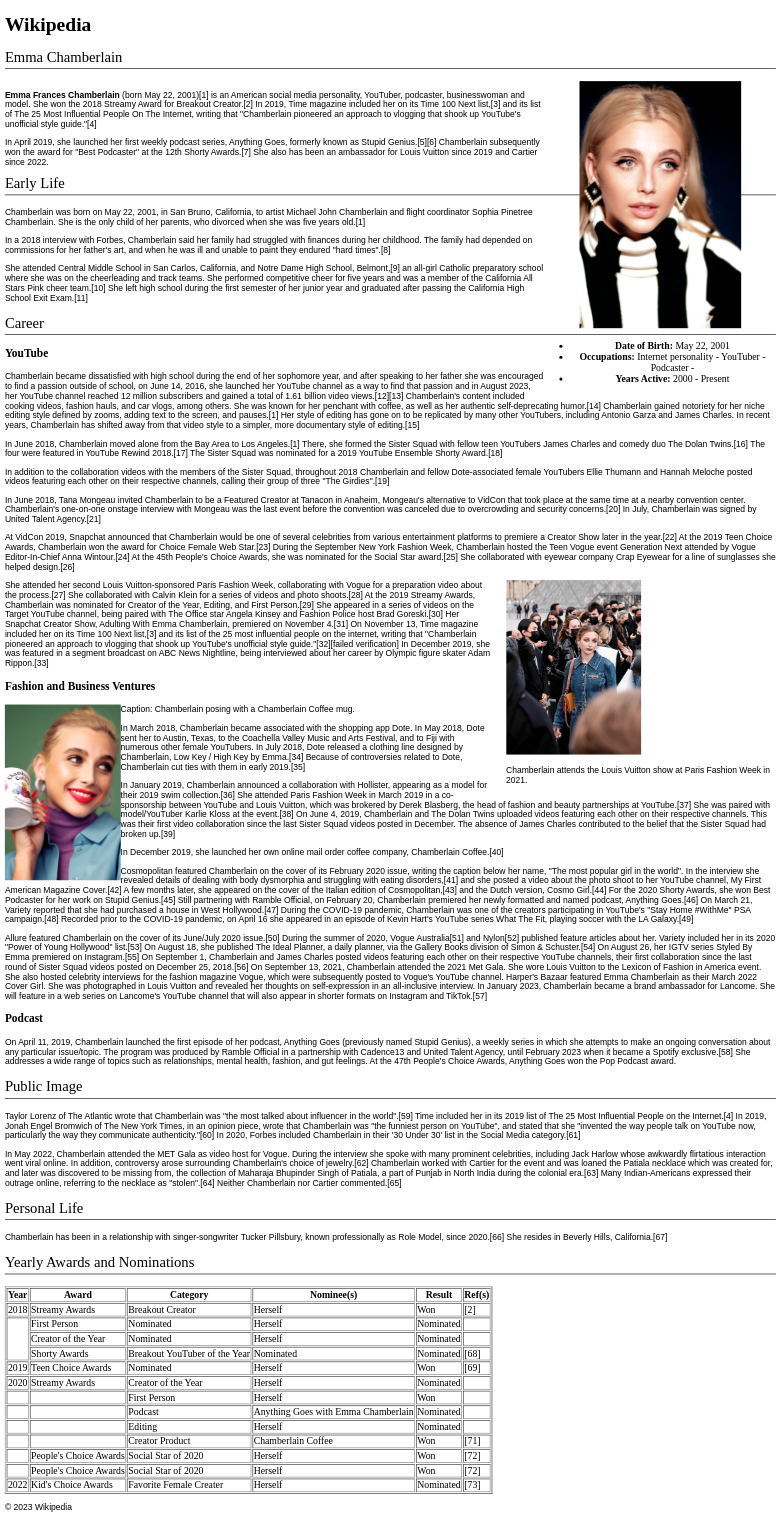
Repository: ethan-schrauf/UniversalDesignWebsite
Page: wikipedia.html
An editor plug-in stored every save of this project. The page is shown before and after a run of saves, followed by the edit.
The browser window is 1280 px wide. The pictures show the whole page, at 61% of full size.

Above is the page before, as saved 2023-09-29 23:39:48.

### wikipedia.html
<!DOCTYPE html>
<html>
<head>
    <title>Emma Chamberlain - Wikipedia</title>
    <style>
        /* Add your CSS for styling here */
        #intro {
            float: left;
            width: 70%;
        }

        #infobox {
            float: right;
            width: 30%;
            text-align: center;
        }

        #infobox img {
            max-width: 100%;
            height: auto;
        }

        /* New section for the fashion week photo */
        #fashion-week-photo {
            float: right;
            width: 35%;
            margin-left: 20px; /* Add some margin to separate it from the text */
        }

        #fashion-week-photo img {
            max-width: 100%;
            height: auto;
        }

        /* Add a line below h2 headings */
        h2 {
            border-bottom: 1px solid #000; /* Change the color and style as needed */
            padding-bottom: 5px; /* Adjust the spacing between the text and the line */
        }

        /* Add the .sr-only class styles */
        .sr-only {
            border: 0;
            clip: rect(0, 0, 0, 0);
            height: 1px;
            margin: -1px;
            overflow: hidden;
            padding: 0;
            position: absolute;
            white-space: nowrap;
            width: 1px;
        }

        /* Apply Arial font to all paragraphs */
        p {
            font-family: Arial, sans-serif;
            font-size: 14px;
        }

/* Unbold all h2 headings */
h2 {
            font-weight: normal;
        }



    </style>
</head>
<body>

<!-- Header -->
<header>
    <h1>Wikipedia</h1>
</header>

<!-- Main content -->
<main>
    <h2>Emma Chamberlain</h2>

    <!-- Intro paragraph -->
    <section id="intro">
        <p><strong>Emma Frances Chamberlain</strong> (born May 22, 2001)[1] is an American social media personality, YouTuber, podcaster, businesswoman and model. She won the 2018 Streamy Award for Breakout Creator.[2] In 2019, Time magazine included her on its Time 100 Next list,[3] and its list of The 25 Most Influential People On The Internet, writing that "Chamberlain pioneered an approach to vlogging that shook up YouTube's unofficial style guide."[4]
        </p>
        <p>In April 2019, she launched her first weekly podcast series, Anything Goes, formerly known as Stupid Genius.[5][6] Chamberlain subsequently won the award for "Best Podcaster" at the 12th Shorty Awards.[7] She also has been an ambassador for Louis Vuitton since 2019 and Cartier since 2022.</p>
    </section>

    <!-- Infobox with photo, date of birth, occupations, and years active -->
    <section id="infobox">
        <img src="images/emma_info_photo.png" alt="Emma Chamberlain in a black striped sweater with black and gold earrings." width="70%">
        <ul>
            <li><b>Date of Birth:</b> May 22, 2001</li>
            <li><b>Occupations:</b> Internet personality - YouTuber - Podcaster -</li>
            <li><b>Years Active:</b> 2000 - Present</li>
        </ul>
    </section>

    <!-- Early life -->

    <h2>Early Life</h2>
    <p>Chamberlain was born on May 22, 2001, in San Bruno, California, to artist Michael John Chamberlain and flight coordinator Sophia Pinetree Chamberlain. She is the only child of her parents, who divorced when she was five years old.[1]</p>
    <p>In a 2018 interview with Forbes, Chamberlain said her family had struggled with finances during her childhood. The family had depended on commissions for her father's art, and when he was ill and unable to paint they endured "hard times".[8]</p>
    <p>She attended Central Middle School in San Carlos, California, and Notre Dame High School, Belmont,[9] an all-girl Catholic preparatory school where she was on the cheerleading and track teams. She performed competitive cheer for five years and was a member of the California All Stars Pink cheer team.[10] She left high school during the first semester of her junior year and graduated after passing the California High School Exit Exam.[11]</p>

    <!-- Career -->
    <h2>Career</h2>

    <!-- YouTube -->
    <h3>YouTube</h3>

    <p>Chamberlain became dissatisfied with high school during the end of her sophomore year, and after speaking to her father she was encouraged to find a passion outside of school, on June 14, 2016, she launched her YouTube channel as a way to find that passion and in August 2023, her YouTube channel reached 12 million subscribers and gained a total of 1.61 billion video views.[12][13] Chamberlain's content included cooking videos, fashion hauls, and car vlogs, among others. She was known for her penchant with coffee, as well as her authentic self-deprecating humor.[14] Chamberlain gained notoriety for her niche editing style defined by zooms, adding text to the screen, and pauses.[1] Her style of editing has gone on to be replicated by many other YouTubers, including Antonio Garza and James Charles. In recent years, Chamberlain has shifted away from that video style to a simpler, more documentary style of editing.[15]</p>
    <p>In June 2018, Chamberlain moved alone from the Bay Area to Los Angeles.[1] There, she formed the Sister Squad with fellow teen YouTubers James Charles and comedy duo The Dolan Twins.[16] The four were featured in YouTube Rewind 2018.[17] The Sister Squad was nominated for a 2019 YouTube Ensemble Shorty Award.[18]</p>
    <p>In addition to the collaboration videos with the members of the Sister Squad, throughout 2018 Chamberlain and fellow Dote-associated female YouTubers Ellie Thumann and Hannah Meloche posted videos featuring each other on their respective channels, calling their group of three "The Girdies".[19]</p>
    <p>In June 2018, Tana Mongeau invited Chamberlain to be a Featured Creator at Tanacon in Anaheim, Mongeau's alternative to VidCon that took place at the same time at a nearby convention center. Chamberlain's one-on-one onstage interview with Mongeau was the last event before the convention was canceled due to overcrowding and security concerns.[20] In July, Chamberlain was signed by United Talent Agency.[21]</p>
    <p>At VidCon 2019, Snapchat announced that Chamberlain would be one of several celebrities from various entertainment platforms to premiere a Creator Show later in the year.[22] At the 2019 Teen Choice Awards, Chamberlain won the award for Choice Female Web Star.[23] During the September New York Fashion Week, Chamberlain hosted the Teen Vogue event Generation Next attended by Vogue Editor-In-Chief Anna Wintour.[24] At the 45th People's Choice Awards, she was nominated for the Social Star award.[25] She collaborated with eyewear company Crap Eyewear for a line of sunglasses she helped design.[26]</p>

    <!-- Add the new section for the photo and description -->
<section id="fashion-week-photo">
    <img src="images/louis-vuitton-show.png" alt="Emma Chamberlain at the Louis Vuitton show at Paris Fashion Week in 2021" width="50%">
    <p>Chamberlain attends the Louis Vuitton show at Paris Fashion Week in 2021.</p>
</section>
    <p>She attended her second Louis Vuitton-sponsored Paris Fashion Week, collaborating with Vogue for a preparation video about the process.[27] She collaborated with Calvin Klein for a series of videos and photo shoots.[28] At the 2019 Streamy Awards, Chamberlain was nominated for Creator of the Year, Editing, and First Person.[29] She appeared in a series of videos on the Target YouTube channel, being paired with The Office star Angela Kinsey and Fashion Police host Brad Goreski.[30] Her Snapchat Creator Show, Adulting With Emma Chamberlain, premiered on November 4.[31] On November 13, Time magazine included her on its Time 100 Next list,[3] and its list of the 25 most influential people on the internet, writing that "Chamberlain pioneered an approach to vlogging that shook up YouTube's unofficial style guide."[32][failed verification] In December 2019, she was featured in a segment broadcast on ABC News Nightline, being interviewed about her career by Olympic figure skater Adam Rippon.[33]</p>

    <!-- Fashion and Business Ventures -->
    <h3>Fashion and Business Ventures</h3>

    <section id="coffee-and-business">
        <div class="image-caption">
            <img src="images/chamberlain-coffee.png" alt="Chamberlain posing with a Chamberlain Coffee mug" width="15%" align="left">
            <p>Caption: Chamberlain posing with a Chamberlain Coffee mug.</p>
        </div>
        <div class="text-wrapper">
            <p>In March 2018, Chamberlain became associated with the shopping app Dote. In May 2018, Dote sent her to Austin, Texas, to the Coachella Valley Music and Arts Festival, and to Fiji with numerous other female YouTubers. In July 2018, Dote released a clothing line designed by Chamberlain, Low Key / High Key by Emma.[34] Because of controversies related to Dote, Chamberlain cut ties with them in early 2019.[35]</p>
            <p>In January 2019, Chamberlain announced a collaboration with Hollister, appearing as a model for their 2019 swim collection.[36] She attended Paris Fashion Week in March 2019 in a co-sponsorship between YouTube and Louis Vuitton, which was brokered by Derek Blasberg, the head of fashion and beauty partnerships at YouTube.[37] She was paired with model/YouTuber Karlie Kloss at the event.[38] On June 4, 2019, Chamberlain and The Dolan Twins uploaded videos featuring each other on their respective channels. This was their first video collaboration since the last Sister Squad videos posted in December. The absence of James Charles contributed to the belief that the Sister Squad had broken up.[39]</p>
        </div>
    </section>

    <p>In December 2019, she launched her own online mail order coffee company, Chamberlain Coffee.[40]</p>
    <p>Cosmopolitan featured Chamberlain on the cover of its February 2020 issue, writing the caption below her name, "The most popular girl in the world". In the interview she revealed details of dealing with body dysmorphia and struggling with eating disorders,[41] and she posted a video about the photo shoot to her YouTube channel, My First American Magazine Cover.[42] A few months later, she appeared on the cover of the Italian edition of Cosmopolitan,[43] and the Dutch version, Cosmo Girl.[44] For the 2020 Shorty Awards, she won Best Podcaster for her work on Stupid Genius.[45] Still partnering with Ramble Official, on February 20, Chamberlain premiered her newly formatted and named podcast, Anything Goes.[46] On March 21, Variety reported that she had purchased a house in West Hollywood.[47] During the COVID-19 pandemic, Chamberlain was one of the creators participating in YouTube's "Stay Home #WithMe" PSA campaign.[48] Recorded prior to the COVID-19 pandemic, on April 16 she appeared in an episode of Kevin Hart's YouTube series What The Fit, playing soccer with the LA Galaxy.[49]</p>
    <p>Allure featured Chamberlain on the cover of its June/July 2020 issue.[50] During the summer of 2020, Vogue Australia[51] and Nylon[52] published feature articles about her. Variety included her in its 2020 "Power of Young Hollywood" list.[53] On August 18, she published The Ideal Planner, a daily planner, via the Gallery Books division of Simon & Schuster.[54] On August 26, her IGTV series Styled By Emma premiered on Instagram.[55] On September 1, Chamberlain and James Charles posted videos featuring each other on their respective YouTube channels, their first collaboration since the last round of Sister Squad videos posted on December 25, 2018.[56] On September 13, 2021, Chamberlain attended the 2021 Met Gala. She wore Louis Vuitton to the Lexicon of Fashion in America event. She also hosted celebrity interviews for the fashion magazine Vogue, which were subsequently posted to Vogue's YouTube channel. Harper's Bazaar featured Emma Chamberlain as their March 2022 Cover Girl. She was photographed in Louis Vuitton and revealed her thoughts on self-expression in an all-inclusive interview. In January 2023, Chamberlain became a brand ambassador for Lancome. She will feature in a web series on Lancome's YouTube channel that will also appear in shorter formats on Instagram and TikTok.[57]</p>

     <!-- Podcast -->
     <h3>Podcast</h3>

     <p>On April 11, 2019, Chamberlain launched the first episode of her podcast, Anything Goes (previously named Stupid Genius), a weekly series in which she attempts to make an ongoing conversation about any particular issue/topic. The program was produced by Ramble Official in a partnership with Cadence13 and United Talent Agency, until February 2023 when it became a Spotify exclusive.[58] She addresses a wide range of topics such as relationships, mental health, fashion, and gut feelings. At the 47th People's Choice Awards, Anything Goes won the Pop Podcast award.</p>

     <!-- Public Image -->
     <h2>Public Image</h2>

     <p>Taylor Lorenz of The Atlantic wrote that Chamberlain was "the most talked about influencer in the world".[59] Time included her in its 2019 list of The 25 Most Influential People on the Internet.[4] In 2019, Jonah Engel Bromwich of The New York Times, in an opinion piece, wrote that Chamberlain was "the funniest person on YouTube", and stated that she "invented the way people talk on YouTube now, particularly the way they communicate authenticity."[60] In 2020, Forbes included Chamberlain in their '30 Under 30' list in the Social Media category.[61]</p>
     <p>In May 2022, Chamberlain attended the MET Gala as video host for Vogue. During the interview she spoke with many prominent celebrities, including Jack Harlow whose awkwardly flirtatious interaction went viral online. In addition, controversy arose surrounding Chamberlain's choice of jewelry.[62] Chamberlain worked with Cartier for the event and was loaned the Patiala necklace which was created for, and later was discovered to be missing from, the collection of Maharaja Bhupinder Singh of Patiala, a part of Punjab in North India during the colonial era.[63] Many Indian-Americans expressed their outrage online, referring to the necklace as "stolen".[64] Neither Chamberlain nor Cartier commented.[65]</p>

     <!-- Personal Life -->
     <h2>Personal Life</h2>

     <p>Chamberlain has been in a relationship with singer-songwriter Tucker Pillsbury, known professionally as Role Model, since 2020.[66] She resides in Beverly Hills, California.[67]</p>

     <!-- Honors and Awards -->

     <h2>Yearly Awards and Nominations</h2>

     <!-- Create the table for awards and nominations -->
     <table border="1">
        <!-- 2018 -->
         <tr>
             <th>Year</th>
             <th>Award</th>
             <th>Category</th>
             <th>Nominee(s)</th>
             <th>Result</th>
             <th>Ref(s)</th>
         </tr>
         <tr>
             <td>2018</td>
             <td>Streamy Awards</td>
             <td>Breakout Creator</td>
             <td>Herself</td>
             <td>Won</td>
             <td>[2]</td>
         </tr>
         <tr>
             <td rowspan="3"></td>
             <td>First Person</td>
             <td>Nominated</td>
             <td>Herself</td>
             <td>Nominated</td>
             <td></td>
         </tr>
         <tr>
             <td>Creator of the Year</td>
             <td>Nominated</td>
             <td>Herself</td>
             <td>Nominated</td>
             <td></td>
         </tr>
         <tr>
             <td>Shorty Awards</td>
             <td>Breakout YouTuber of the Year</td>
             <td>Nominated</td>
             <td>Nominated</td>
             <td>[68]</td>
         </tr>

         <!-- 2019 -->

         <tr>
            <td>2019</td>
            <td>Teen Choice Awards</td>
            <td>Nominated</td>
            <td>Herself</td>
            <td>Won</td>
            <td>[69]</td>
        </tr>

        <!-- 2020 -->

        <tr>
            <td>2020</td>
            <td>Streamy Awards</td>
            <td>Creator of the Year</td>
            <td>Herself</td>
            <td>Nominated</td>
            <td></td>
        </tr>


        <tr>
            <td></td>
            <td></td>
            <td>First Person</td>
            <td>Herself</td>
            <td>Won</td>
            <td></td>
        </tr>

        <tr>
            <td></td>
            <td></td>
            <td>Podcast</td>
            <td>Anything Goes with Emma Chamberlain</td>
            <td>Nominated</td>
            <td></td>
        </tr>

        <tr>
            <td></td>
            <td></td>
            <td>Editing</td>
            <td>Herself</td>
            <td>Nominated</td>
            <td></td>
        </tr>

        <tr>
            <td></td>
            <td></td>
            <td>Creator Product</td>
            <td>Chamberlain Coffee</td>
            <td>Won</td>
            <td>[71]</td>
        </tr>

        <tr>
            <td></td>
            <td>People's Choice Awards</td>
            <td>Social Star of 2020</td>
            <td>Herself</td>
            <td>Won</td>
            <td>[72]</td>
        </tr>

        <tr>
            <td></td>
            <td>People's Choice Awards</td>
            <td>Social Star of 2020</td>
            <td>Herself</td>
            <td>Won</td>
            <td>[72]</td>
        </tr>

        <!-- 2022 -->

        <tr>
            <td>2022</td>
            <td>Kid's Choice Awards</td>
            <td>Favorite Female Creater</td>
            <td>Herself</td>
            <td>Nominated</td>
            <td>[73]</td>
        </tr>


     </table>

</main>

<!-- Footer -->
<footer>
    <p>&copy; 2023 Wikipedia</p>
</footer>

</body>
</html>

After the next 2 saves:
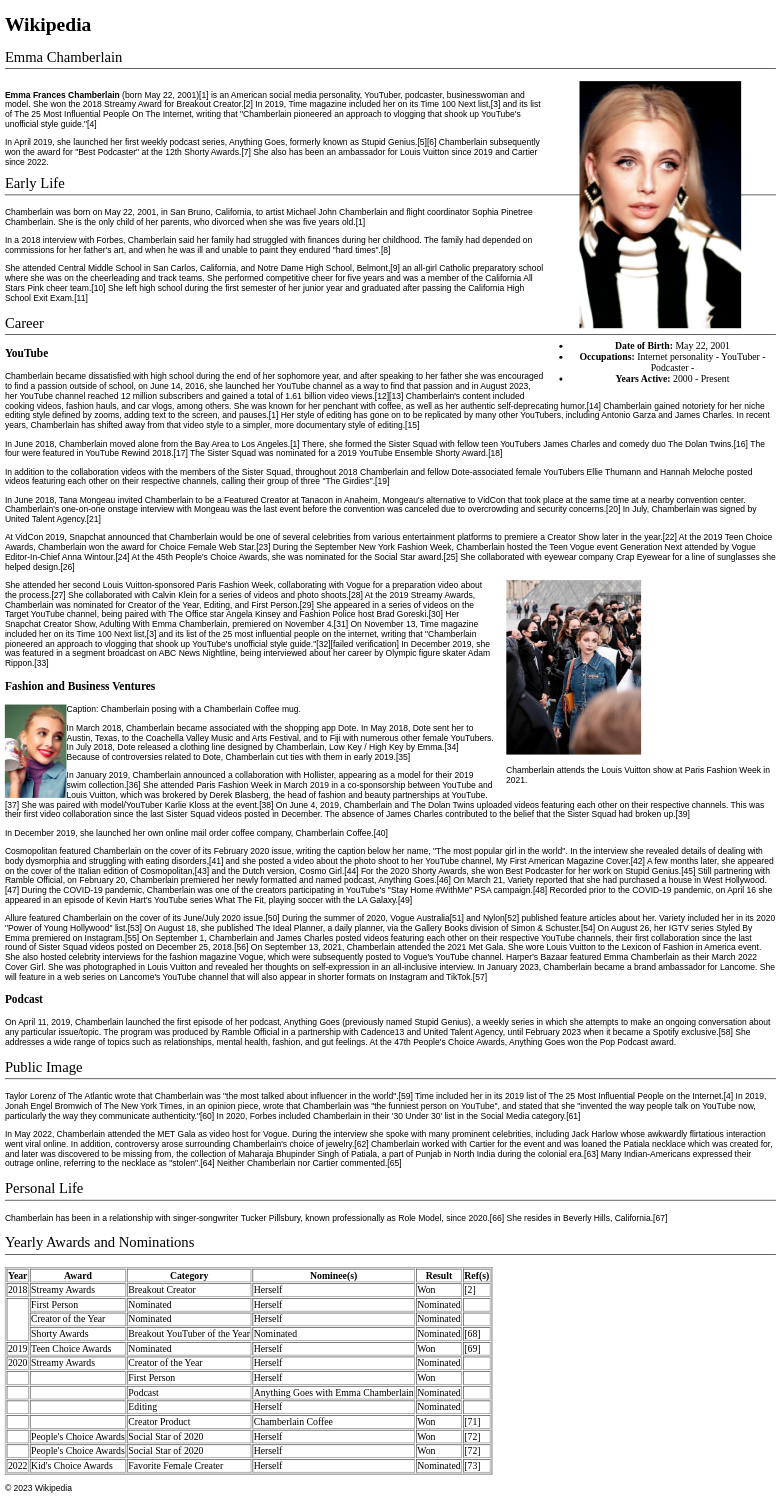
The 2 saves are shown as one change because they came seconds apart.
The last was saved 8 s later.
--- a/wikipedia.html
+++ b/wikipedia.html
@@ -125,7 +125,7 @@
 
     <section id="coffee-and-business">
         <div class="image-caption">
-            <img src="images/chamberlain-coffee.png" alt="Chamberlain posing with a Chamberlain Coffee mug" width="15%" align="left">
+            <img src="images/chamberlain-coffee.png" alt="Chamberlain posing with a Chamberlain Coffee mug" width="8%" align="left">
             <p>Caption: Chamberlain posing with a Chamberlain Coffee mug.</p>
         </div>
         <div class="text-wrapper">
